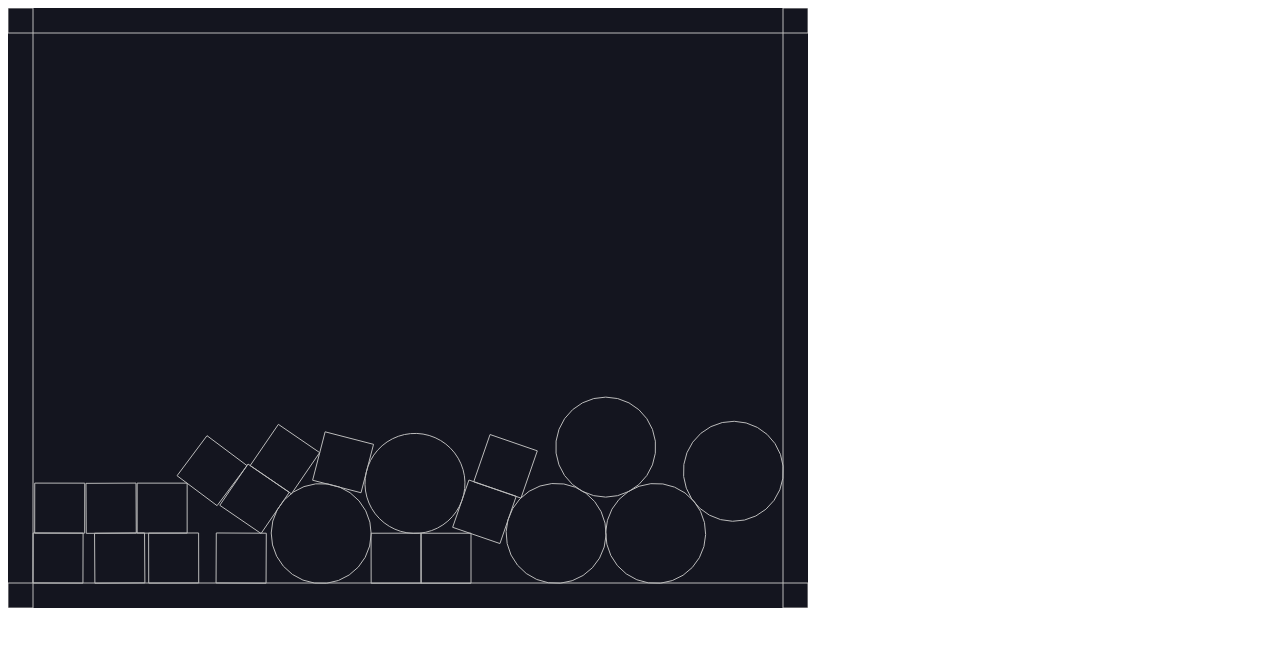
Repository: Sbethm/maze-runner
Page: index.html
These files come from the project's save history. The page is drawn as it stood at one moment and after a run of saves; the edit follows.
The browser window is 1280 px wide. The pictures show the whole page.
Some web libraries are served in a nearby version.

Above is the page before, as saved 2021-10-01 16:20:15.

After the next 3 saves:
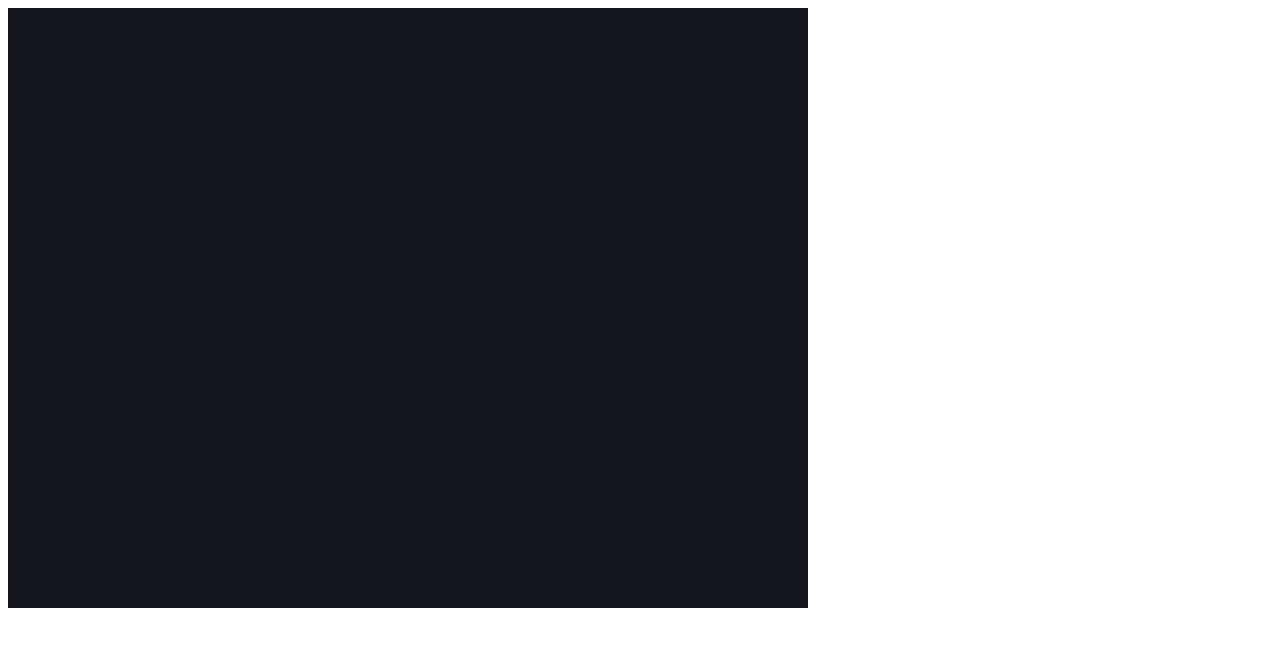
Console error: TypeError: Cannot read properties of undefined (reading 'type')
The 3 saves are shown as one change because they came seconds apart.
The last was saved 9 s later.
--- a/app.js
+++ b/app.js
@@ -19,7 +19,7 @@
 
 //====== Random Shapes
 for(let i = 0; i < 20; i++) {
-
+    World.add(world, )
 }
 
 const shape = [

After the save that followed:
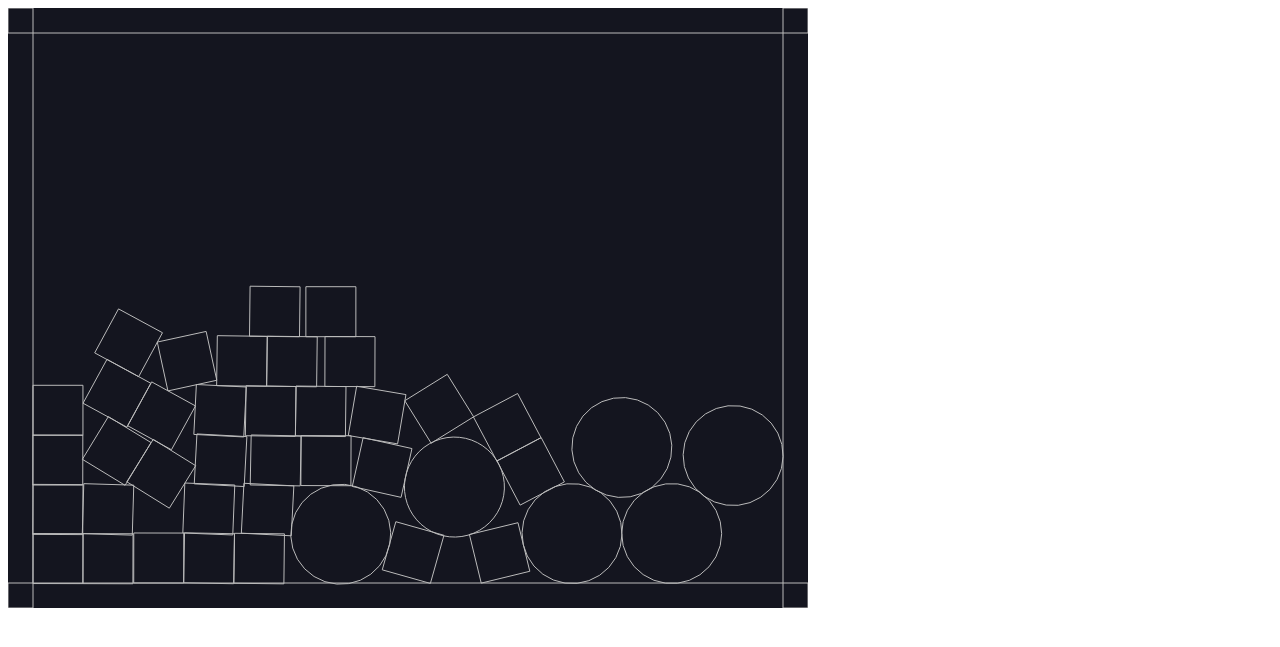
The error is gone.
Saved 8 s later.
--- a/app.js
+++ b/app.js
@@ -19,7 +19,7 @@
 
 //====== Random Shapes
 for(let i = 0; i < 20; i++) {
-    World.add(world, )
+    World.add(world, Bodies.rectangle(200, 200, 50, 50),)
 }
 
 const shape = [
